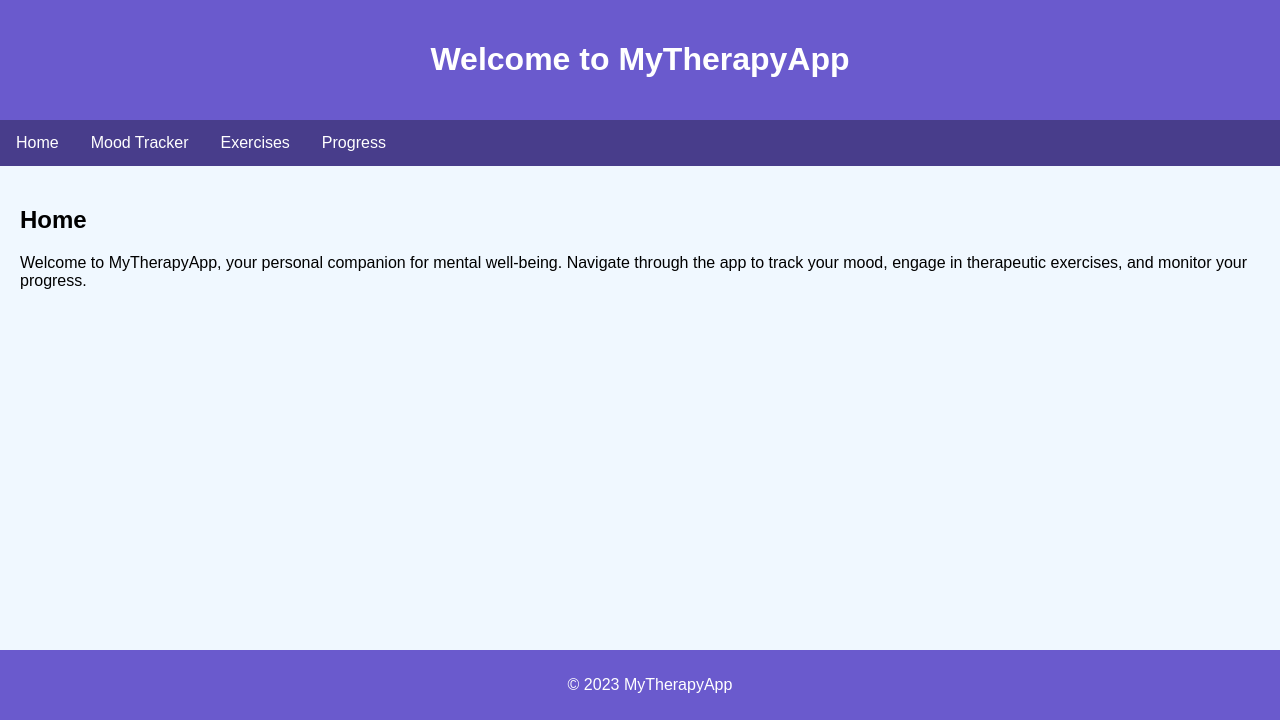
Repository: Abhisach687/therapy_app
Page: index.html
The author's editor kept a copy of each file at every save. The page is drawn from the files as they stood at one save, then again after the next save.
The browser window is 1280 px wide. The pictures show the whole page.

Above is the page before, as saved 2024-09-23 09:16:25.

### index.html
<!DOCTYPE html>
<html lang="en">
  <head>
    <meta charset="UTF-8" />
    <title>MyTherapyApp</title>
    <link rel="stylesheet" href="style.css" />
  </head>
  <body>
    <header>
      <h1>Welcome to MyTherapyApp</h1>
    </header>

    <nav>
      <ul>
        <li><a href="#" id="homeLink">Home</a></li>
        <li><a href="#" id="moodTrackerLink">Mood Tracker</a></li>
        <li><a href="#" id="exercisesLink">Exercises</a></li>
        <li><a href="#" id="progressLink">Progress</a></li>
      </ul>
    </nav>

    <main id="mainContent">
      <!-- Content will be dynamically loaded here -->
    </main>

    <footer>
      <p>&copy; 2023 MyTherapyApp</p>
    </footer>

    <script src="script.js"></script>
  </body>
</html>

### style.css
/* style.css */

body {
  margin: 0;
  font-family: Arial, sans-serif;
  background-color: #f0f8ff;
}

header {
  background-color: #6a5acd;
  color: white;
  padding: 20px;
  text-align: center;
}

nav {
  background-color: #483d8b;
  overflow: hidden;
}

nav ul {
  list-style-type: none;
  margin: 0;
  padding: 0;
}

nav ul li {
  float: left;
}

nav ul li a {
  display: block;
  color: white;
  text-align: center;
  padding: 14px 16px;
  text-decoration: none;
}

nav ul li a:hover {
  background-color: #7b68ee;
}

main {
  padding: 20px;
}

footer {
  background-color: #6a5acd;
  color: white;
  text-align: center;
  padding: 10px;
  position: fixed;
  bottom: 0;
  width: 100%;
}

button {
  background-color: #6a5acd;
  color: white;
  border: none;
  padding: 10px;
  cursor: pointer;
  margin-top: 10px;
}

button:hover {
  background-color: #7b68ee;
}

input,
textarea,
select {
  width: 100%;
  padding: 10px;
  margin: 5px 0;
}

#entries,
#exerciseContent,
#progressContent {
  margin-top: 20px;
}

.entry {
  background-color: #e6e6fa;
  padding: 10px;
  margin-bottom: 10px;
}

h3 {
  margin-top: 30px;
}

### script.js
/* script.js */

// Navigation Links
const homeLink = document.getElementById("homeLink");
const moodTrackerLink = document.getElementById("moodTrackerLink");
const exercisesLink = document.getElementById("exercisesLink");
const progressLink = document.getElementById("progressLink");

// Main Content Area
const mainContent = document.getElementById("mainContent");

// Event Listeners for Navigation
homeLink.addEventListener("click", loadHome);
moodTrackerLink.addEventListener("click", loadMoodTracker);
exercisesLink.addEventListener("click", loadExercises);
progressLink.addEventListener("click", loadProgress);

// Load Home Page on Initial Load
window.onload = loadHome;

// Load Home Content
function loadHome() {
  mainContent.innerHTML = `
        <h2>Home</h2>
        <p>Welcome to MyTherapyApp, your personal companion for mental well-being. Navigate through the app to track your mood, engage in therapeutic exercises, and monitor your progress.</p>
    `;
}

// Load Mood Tracker
function loadMoodTracker() {
  mainContent.innerHTML = `
        <h2>Mood Tracker</h2>
        <form id="moodForm">
            <label for="mood">How are you feeling today?</label>
            <select id="mood" required>
                <option value="">Select your mood</option>
                <option value="5">Very Happy</option>
                <option value="4">Happy</option>
                <option value="3">Neutral</option>
                <option value="2">Sad</option>
                <option value="1">Very Sad</option>
            </select>
            <label for="notes">Notes:</label>
            <textarea id="notes" rows="4" placeholder="Add any notes..."></textarea>
            <button type="submit">Save Entry</button>
        </form>
        <div id="entries"></div>
    `;
  const moodForm = document.getElementById("moodForm");
  moodForm.addEventListener("submit", saveMoodEntry);
  displayMoodEntries();
}

// Save Mood Entry
function saveMoodEntry(e) {
  e.preventDefault();
  const mood = document.getElementById("mood").value;
  const notes = document.getElementById("notes").value;
  const date = new Date().toLocaleDateString();
  let entries = JSON.parse(localStorage.getItem("moodEntries")) || [];
  entries.push({ date, mood, notes });
  localStorage.setItem("moodEntries", JSON.stringify(entries));
  alert("Mood entry saved!");
  loadMoodTracker();
}

// Display Mood Entries
function displayMoodEntries() {
  const entriesDiv = document.getElementById("entries");
  let entries = JSON.parse(localStorage.getItem("moodEntries")) || [];
  if (entries.length === 0) {
    entriesDiv.innerHTML = "<p>No entries yet.</p>";
    return;
  }
  entriesDiv.innerHTML = "<h3>Your Entries:</h3>";
  entries.reverse().forEach((entry) => {
    const entryDiv = document.createElement("div");
    entryDiv.className = "entry";
    entryDiv.innerHTML = `
            <p><strong>Date:</strong> ${entry.date}</p>
            <p><strong>Mood:</strong> ${getMoodText(entry.mood)}</p>
            <p><strong>Notes:</strong> ${entry.notes}</p>
        `;
    entriesDiv.appendChild(entryDiv);
  });
}

// Convert Mood Value to Text
function getMoodText(moodValue) {
  switch (moodValue) {
    case "5":
      return "Very Happy";
    case "4":
      return "Happy";
    case "3":
      return "Neutral";
    case "2":
      return "Sad";
    case "1":
      return "Very Sad";
    default:
      return "";
  }
}

// Load Exercises
function loadExercises() {
  mainContent.innerHTML = `
        <h2>Exercises</h2>
        <p>Select an exercise to begin:</p>
        <ul>
            <li><button onclick="startCBTExercise()">Cognitive Behavioral Therapy (CBT) Exercise</button></li>
            <li><button onclick="startBAExercise()">Behavioral Activation (BA) Exercise</button></li>
            <li><button onclick="startMIExercise()">Motivational Interviewing (MI) Exercise</button></li>
            <li><button onclick="startPSTExercise()">Problem-Solving Therapy Exercise</button></li>
            <li><button onclick="startSFTExercise()">Solution-Focused Therapy Exercise</button></li>
        </ul>
        <div id="exerciseContent"></div>
    `;
}

// CBT Exercise
function startCBTExercise() {
  const exerciseContent = document.getElementById("exerciseContent");
  exerciseContent.innerHTML = `
        <h3>CBT Thought Record</h3>
        <form id="cbtForm">
            <label for="situation">Situation:</label>
            <textarea id="situation" rows="2" required></textarea>
            <label for="thoughts">Automatic Thoughts:</label>
            <textarea id="thoughts" rows="2" required></textarea>
            <label for="feelings">Feelings:</label>
            <textarea id="feelings" rows="2" required></textarea>
            <label for="challenge">Challenge Negative Thoughts:</label>
            <textarea id="challenge" rows="2" required></textarea>
            <button type="submit">Save Exercise</button>
        </form>
    `;
  const cbtForm = document.getElementById("cbtForm");
  cbtForm.addEventListener("submit", saveCBTExercise);
}

// Save CBT Exercise
function saveCBTExercise(e) {
  e.preventDefault();
  const situation = document.getElementById("situation").value;
  const thoughts = document.getElementById("thoughts").value;
  const feelings = document.getElementById("feelings").value;
  const challenge = document.getElementById("challenge").value;
  let cbtExercises = JSON.parse(localStorage.getItem("cbtExercises")) || [];
  cbtExercises.push({ situation, thoughts, feelings, challenge });
  localStorage.setItem("cbtExercises", JSON.stringify(cbtExercises));
  alert("CBT Exercise saved!");
  loadExercises();
}

// BA Exercise
function startBAExercise() {
  const exerciseContent = document.getElementById("exerciseContent");
  exerciseContent.innerHTML = `
        <h3>Behavioral Activation Activity Planning</h3>
        <form id="baForm">
            <label for="activity">Activity:</label>
            <input type="text" id="activity" required>
            <label for="date">Scheduled Date:</label>
            <input type="date" id="date" required>
            <button type="submit">Save Activity</button>
        </form>
    `;
  const baForm = document.getElementById("baForm");
  baForm.addEventListener("submit", saveBAExercise);
}

// Save BA Exercise
function saveBAExercise(e) {
  e.preventDefault();
  const activity = document.getElementById("activity").value;
  const date = document.getElementById("date").value;
  let baActivities = JSON.parse(localStorage.getItem("baActivities")) || [];
  baActivities.push({ activity, date });
  localStorage.setItem("baActivities", JSON.stringify(baActivities));
  alert("Activity saved!");
  loadExercises();
}

// MI Exercise
function startMIExercise() {
  const exerciseContent = document.getElementById("exerciseContent");
  exerciseContent.innerHTML = `
        <h3>Motivational Interviewing Goal Setting</h3>
        <form id="miForm">
            <label for="goal">Your Goal:</label>
            <textarea id="goal" rows="2" required></textarea>
            <label for="reasons">Reasons for Change:</label>
            <textarea id="reasons" rows="2" required></textarea>
            <label for="steps">Next Steps:</label>
            <textarea id="steps" rows="2" required></textarea>
            <button type="submit">Save Goal</button>
        </form>
    `;
  const miForm = document.getElementById("miForm");
  miForm.addEventListener("submit", saveMIExercise);
}

// Save MI Exercise
function saveMIExercise(e) {
  e.preventDefault();
  const goal = document.getElementById("goal").value;
  const reasons = document.getElementById("reasons").value;
  const steps = document.getElementById("steps").value;
  let miGoals = JSON.parse(localStorage.getItem("miGoals")) || [];
  miGoals.push({ goal, reasons, steps });
  localStorage.setItem("miGoals", JSON.stringify(miGoals));
  alert("Goal saved!");
  loadExercises();
}

// Problem-Solving Therapy Exercise
function startPSTExercise() {
  const exerciseContent = document.getElementById("exerciseContent");
  exerciseContent.innerHTML = `
        <h3>Problem-Solving Exercise</h3>
        <form id="pstForm">
            <label for="problem">Define the Problem:</label>
            <textarea id="problem" rows="2" required></textarea>
            <label for="solutions">Possible Solutions:</label>
            <textarea id="solutions" rows="2" required></textarea>
            <label for="actionPlan">Action Plan:</label>
            <textarea id="actionPlan" rows="2" required></textarea>
            <button type="submit">Save Plan</button>
        </form>
    `;
  const pstForm = document.getElementById("pstForm");
  pstForm.addEventListener("submit", savePSTExercise);
}

// Save PST Exercise
function savePSTExercise(e) {
  e.preventDefault();
  const problem = document.getElementById("problem").value;
  const solutions = document.getElementById("solutions").value;
  const actionPlan = document.getElementById("actionPlan").value;
  let pstPlans = JSON.parse(localStorage.getItem("pstPlans")) || [];
  pstPlans.push({ problem, solutions, actionPlan });
  localStorage.setItem("pstPlans", JSON.stringify(pstPlans));
  alert("Plan saved!");
  loadExercises();
}

// Solution-Focused Therapy Exercise
function startSFTExercise() {
  const exerciseContent = document.getElementById("exerciseContent");
  exerciseContent.innerHTML = `
        <h3>Solution-Focused Exercise</h3>
        <form id="sftForm">
            <label for="miracleQuestion">Miracle Question:</label>
            <textarea id="miracleQuestion" rows="2" required></textarea>
            <label for="exceptions">Exceptions:</label>
            <textarea id="exceptions" rows="2" required></textarea>
            <button type="submit">Save Exercise</button>
        </form>
    `;
  const sftForm = document.getElementById("sftForm");
  sftForm.addEventListener("submit", saveSFTExercise);
}

// Save SFT Exercise
function saveSFTExercise(e) {
  e.preventDefault();
  const miracleQuestion = document.getElementById("miracleQuestion").value;
  const exceptions = document.getElementById("exceptions").value;
  let sftExercises = JSON.parse(localStorage.getItem("sftExercises")) || [];
  sftExercises.push({ miracleQuestion, exceptions });
  localStorage.setItem("sftExercises", JSON.stringify(sftExercises));
  alert("Solution-Focused Exercise saved!");
  loadExercises();
}

// Load Progress
function loadProgress() {
  mainContent.innerHTML = `
        <h2>Your Progress</h2>
        <div id="progressContent"></div>
    `;
  displayProgress();
}

// Display Progress Data
function displayProgress() {
  const progressContent = document.getElementById("progressContent");
  // Display Mood Entries
  let entries = JSON.parse(localStorage.getItem("moodEntries")) || [];
  if (entries.length > 0) {
    progressContent.innerHTML += "<h3>Mood Tracker Entries:</h3>";
    entries.reverse().forEach((entry) => {
      progressContent.innerHTML += `
                <p><strong>Date:</strong> ${
                  entry.date
                } - <strong>Mood:</strong> ${getMoodText(entry.mood)}</p>
            `;
    });
  }
  // Display other exercises as desired
}

After the next save:
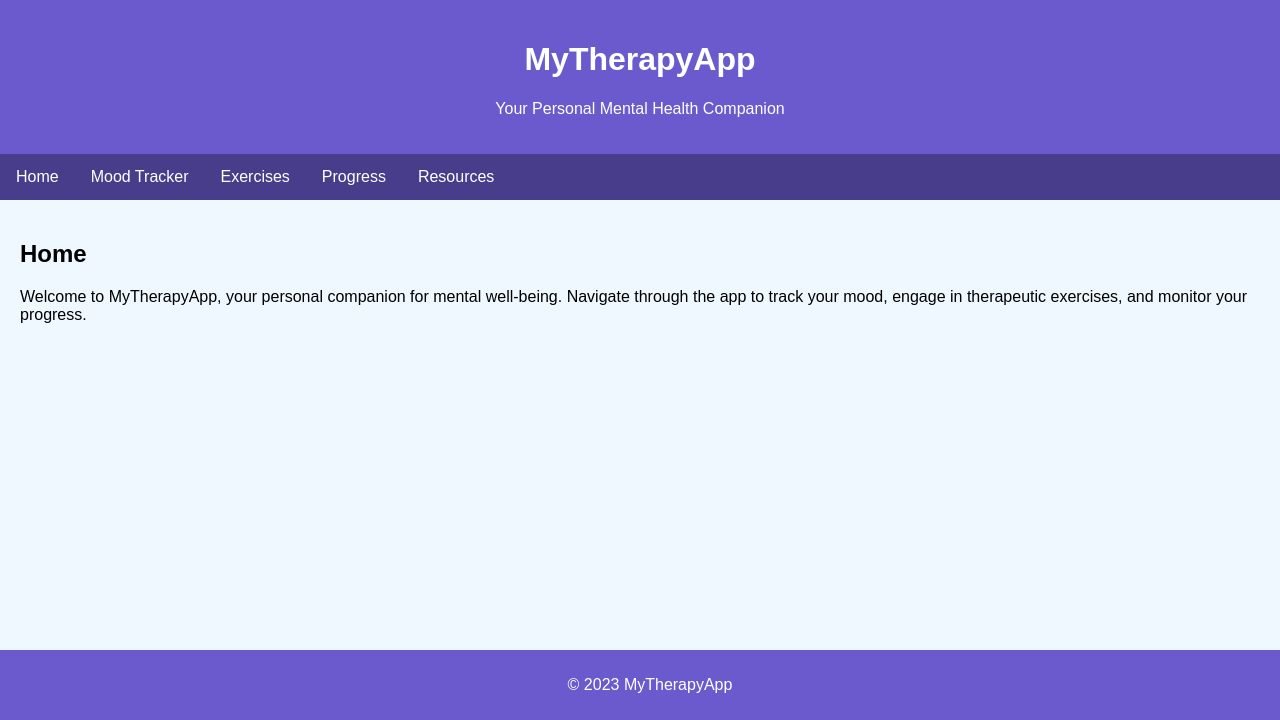
Saved 4 min 36 s later.
--- a/index.html
+++ b/index.html
@@ -3,11 +3,19 @@
   <head>
     <meta charset="UTF-8" />
     <title>MyTherapyApp</title>
+    <meta name="viewport" content="width=device-width, initial-scale=1.0" />
+    <!-- Include Google Fonts -->
+    <link
+      href="https://fonts.googleapis.com/css?family=Roboto:400,500,700&display=swap"
+      rel="stylesheet"
+    />
+    <!-- Link to CSS -->
     <link rel="stylesheet" href="style.css" />
   </head>
   <body>
     <header>
-      <h1>Welcome to MyTherapyApp</h1>
+      <h1>MyTherapyApp</h1>
+      <p>Your Personal Mental Health Companion</p>
     </header>
 
     <nav>
@@ -16,6 +24,7 @@
         <li><a href="#" id="moodTrackerLink">Mood Tracker</a></li>
         <li><a href="#" id="exercisesLink">Exercises</a></li>
         <li><a href="#" id="progressLink">Progress</a></li>
+        <li><a href="#" id="resourcesLink">Resources</a></li>
       </ul>
     </nav>
 
@@ -27,6 +36,7 @@
       <p>&copy; 2023 MyTherapyApp</p>
     </footer>
 
+    <!-- Link to JavaScript -->
     <script src="script.js"></script>
   </body>
 </html>
